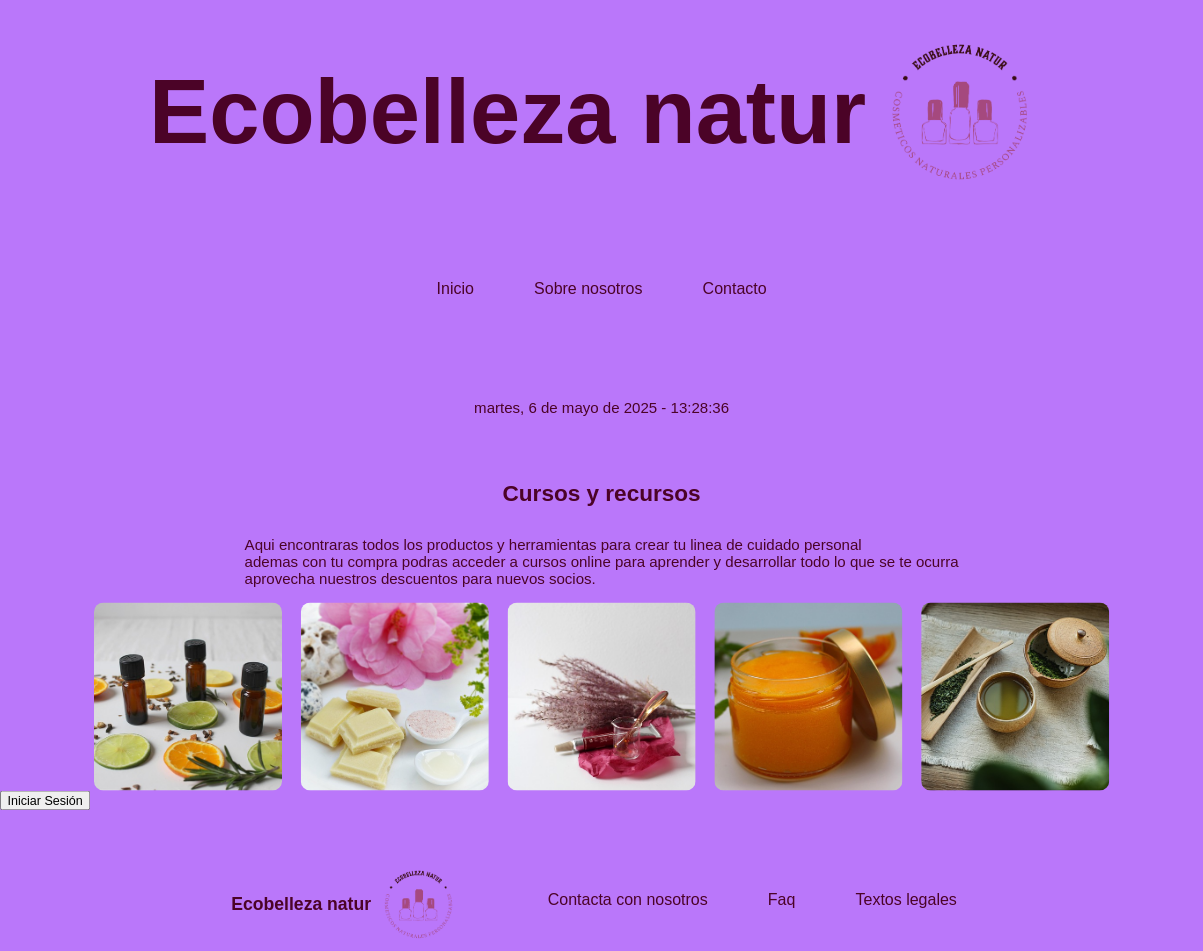
Repository: silvia76-max/ecobelleza-natur
Page: about.html
These files come from the project's save history. The page is drawn as it stood at one moment and after the next save; the edit follows.
The browser window is 1280 px wide. The pictures show the whole page, at 94% of full size.
Some web fonts or font styles are not loaded; a fallback is used.

Above is the page before, as saved 2025-05-08 11:42:36.

After the next save:
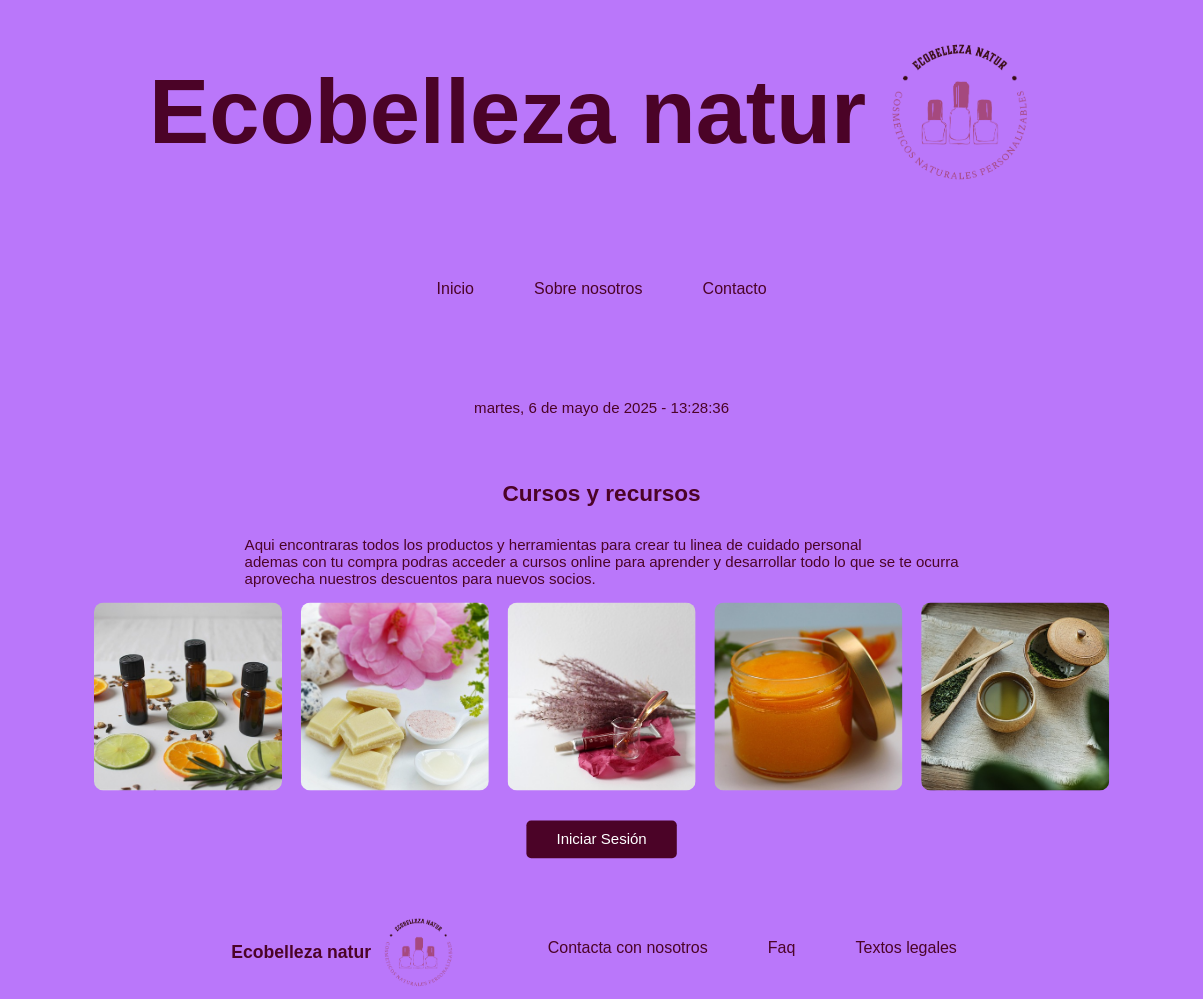
Saved 12 min 48 s later.
--- a/about.html
+++ b/about.html
@@ -41,7 +41,8 @@
 
      </article>
   <!-- Botón que abre el popup -->
-  <button id="openLogin"type="button">Iniciar Sesión</button>
+  <button id="openLogin" type="button" class="boton">Iniciar Sesión</button>
+
 
   <!-- Modal (popup) -->
   <div id="loginModal" class="modal">
--- a/styles/about.css
+++ b/styles/about.css
@@ -34,6 +34,22 @@
     object-fit: cover;
     border-radius: 10px;
   }
+  #openLogin {
+    margin: 2rem auto;
+    display: block;
+    padding: 0.7rem 2rem;
+    border: none;
+    background: rgb(75, 3, 39);
+    color: white;
+    font-size: 1rem;
+    border-radius: 5px;
+    cursor: pointer;
+    transition: background 0.3s;
+}
+
+#openLogin:hover {
+    background: rgb(188, 1, 95);
+}
 
 .login-container {
     background: #fff;
@@ -47,19 +63,7 @@
     text-align: center;
     margin-bottom: 1rem;
   }
-  .openLogin{
-    width: 30%;
-    margin: 0 auto;
-    display:block;
-    padding: 0.7rem;
-    border: none;
-    background:rgb(75, 3, 39);
-    color: white;
-    font-size: 1rem;
-    border-radius: 5px;
-    cursor: pointer;
-    transition: background 0.3s;
-  }
+
 
   .input-group {
     margin-bottom: 1rem;
@@ -94,7 +98,6 @@
 
 
   .boton {
-    width: 30%;
     margin: 0 auto;
     display:block;
     padding: 0.7rem;
